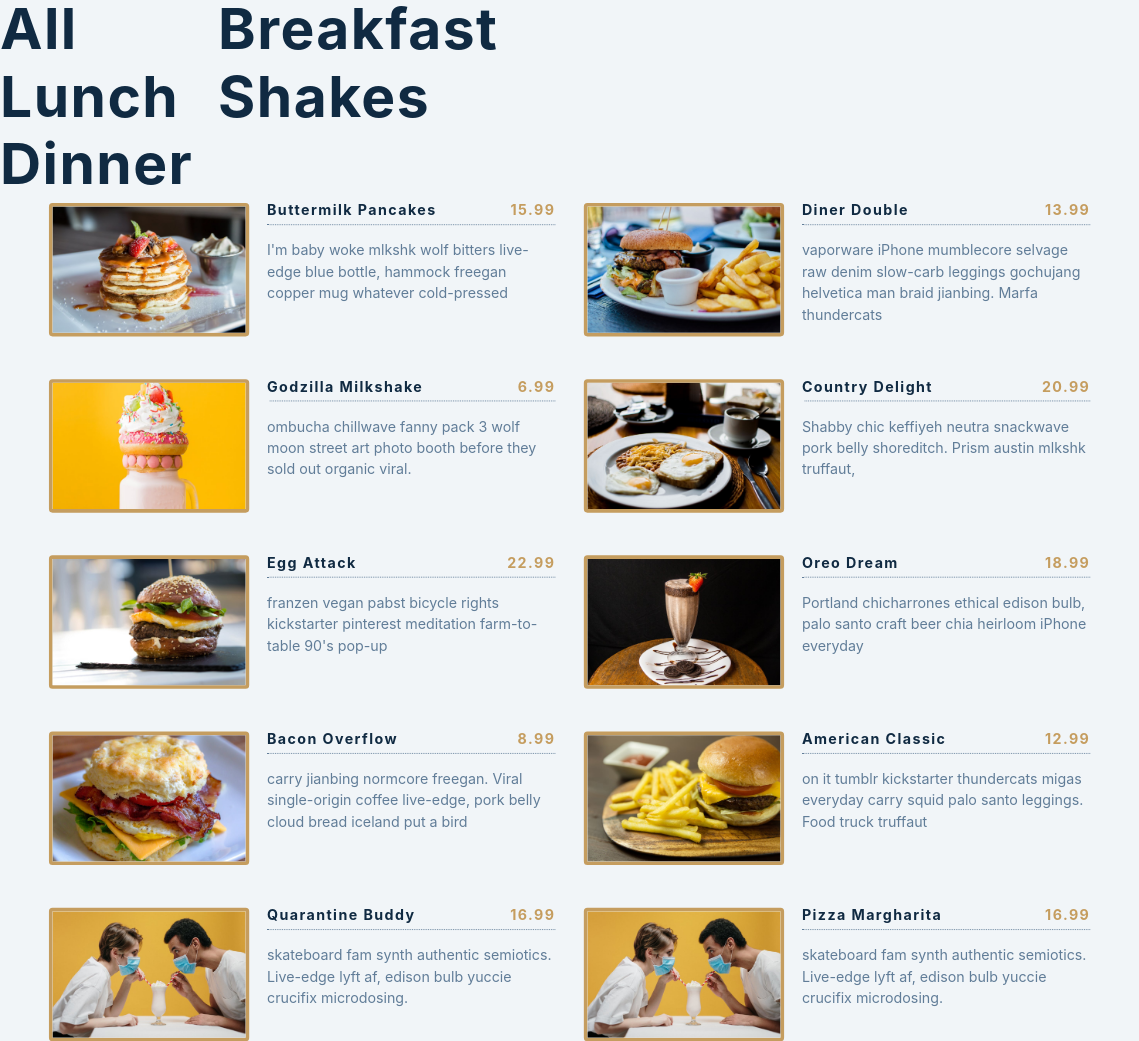
Repository: gligor99/menu-ts-react
Page: /
The author's editor kept a copy of each file at every save. The page is drawn from the files as they stood at one save, then again after the next save.
The browser window is 1280 px wide. The pictures show the whole page, at 89% of full size.
The project was rebuilt for these pictures with package versions that can differ from the ones it lists, and the page was loaded fresh each time.

Above is the page before, as saved 2021-11-24 23:38:39.

After the next save:
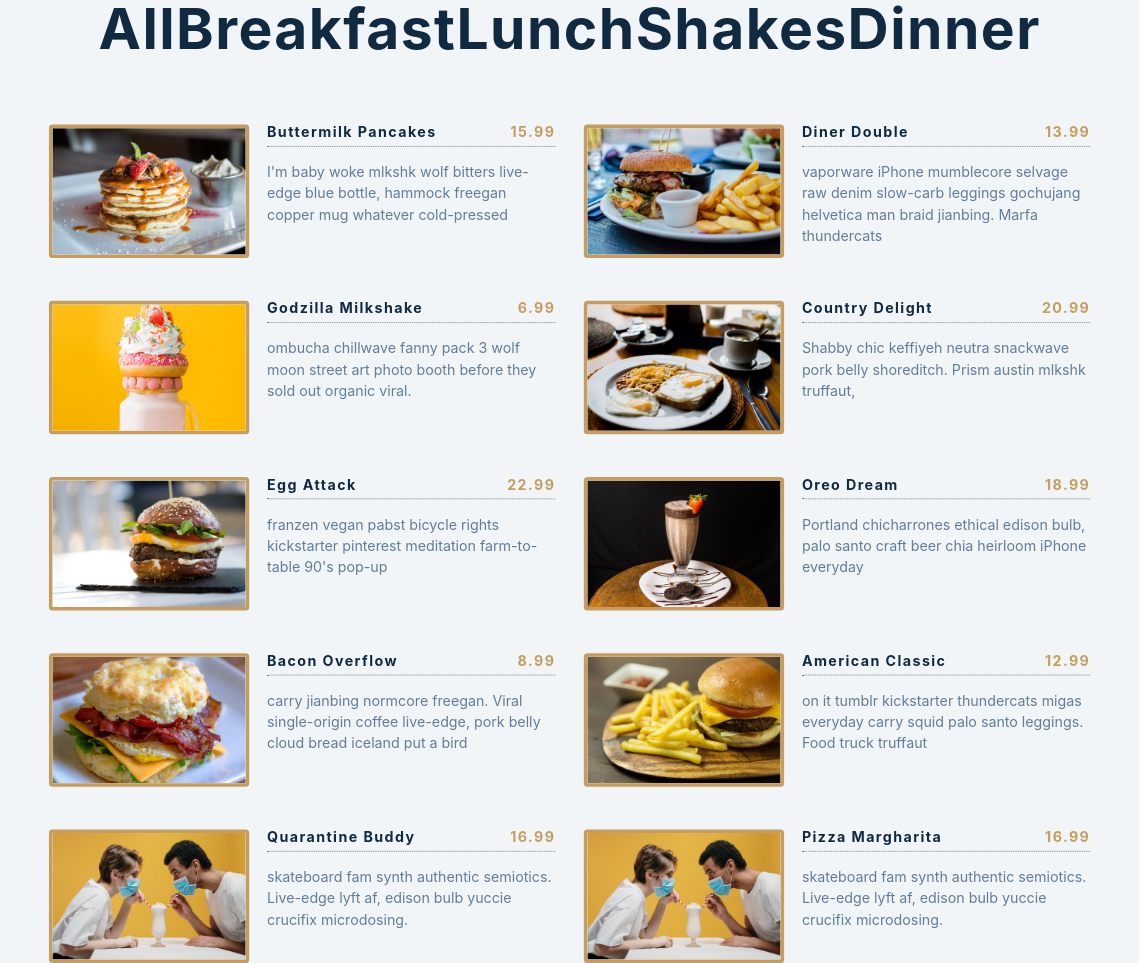
Saved 17 s later.
--- a/src/components/Categories.tsx
+++ b/src/components/Categories.tsx
@@ -4,7 +4,7 @@ type Props = {
 
 const Categories: React.FC<Props> = ({ categories }) => {
   return (
-    <div className="menu-item">
+    <div className="btn-container">
       {categories.map((item, index) => {
           return <h1 key={index}>{item}</h1>
       })}
